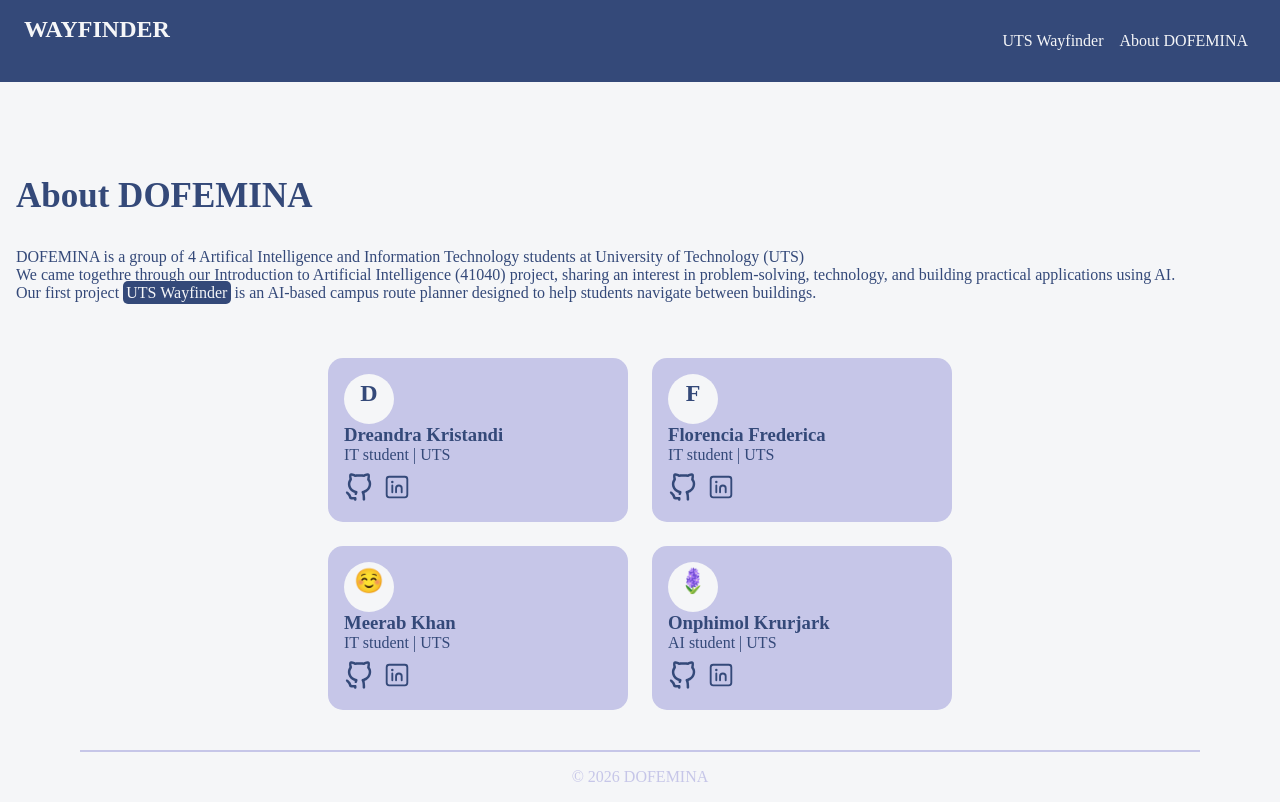
Repository: Meerab-K/uts-wayfinder
Page: html/about.html
An editor plug-in stored every save of this project. The page is shown before and after the next save, followed by the edit.
The browser window is 1280 px wide. The pictures show the whole page.
Some web fonts or font styles are not loaded; a fallback is used.

Above is the page before, as saved 2026-10-19 21:16:34.

### html/about.html
<!DOCTYPE html>
<html lang="en">
<head>
    <meta charset="UTF-8">
    <meta name="viewport" content="width=device-width, initial-scale=1.0">
    <title>About DOFEMINA - UTS Wayfinder</title>

    <link rel="stylesheet" href="../css/common.css">
    <link rel="stylesheet" href="../css/about.css">
    <link rel="stylesheet" href="../css/responsive.css">

    <!-- Google Fonts -->
    <link rel="preconnect" href="https://fonts.googleapis.com">
    <link rel="preconnect" href="https://fonts.gstatic.com" crossorigin>
    <link href="https://fonts.googleapis.com/css2?family=Maname&display=swap" rel="stylesheet">

</head>
<body>
    <header>
        <nav class="navbar">
            <h1>WAYFINDER</h1>
            <ul>
                <li><a href="index.html">UTS Wayfinder</a></li>
                <li><a href="about.html">About DOFEMINA</a></li>
            </ul>
        </nav>
    </header>

    <main>
        <h2>About DOFEMINA</h2>
        <div class="content-box">
        <p>DOFEMINA is a group of 4 Artifical Intelligence and Information Technology students at University of Technology (UTS)</p>
        <p>We came togethre through our Introduction to Artificial Intelligence (41040) project, sharing an interest in problem-solving, technology, and building practical applications using AI.</p>
        <p>Our first project <span class="highlight">UTS Wayfinder</span> is an AI-based campus route planner designed to help students navigate between buildings.</p>
        </div>
        <div class="team-contact">
            <div class="card-holder">
                <div class="profile"><span>D</span></div>
                <h3 class="name">Dreandra Kristandi</h3>
                <div class="bio">IT student | UTS</div>
                <div class="contact-link">
                    <a href=""><span class="github-icon"></span></a>
                    <a href=""><span class="linkedin-icon"></span></a>
                </div>
            </div>
            <div class="card-holder">
                <div class="profile"><span>F</span></div>
                <h3 class="name">Florencia Frederica</h3>
                <div class="bio">IT student | UTS</div>
                <div class="contact-link">
                    <a href=""><span class="github-icon"></span></a>
                    <a href=""><span class="linkedin-icon"></span></a>
                </div>
            </div>
            <div class="card-holder">
                <div class="profile"><span>☺️</span></div>
                <h3 class="name">Meerab Khan</h3>
                <div class="bio">IT student | UTS</div>
                <div class="contact-link">
                    <a href=""><span class="github-icon"></span></a>
                    <a href=""><span class="linkedin-icon"></span></a>
                </div>
            </div>
            <div class="card-holder">
                <div class="profile"><span>🪻</span></div>
                <h3 class="name">Onphimol Krurjark</h3>
                <div class="bio">AI student | UTS</div>
                <div class="contact-link">
                    <a href=""><span class="github-icon"></span></a>
                    <a href=""><span class="linkedin-icon"></span></a>
                </div>
            </div>
        </div>
    </main>

    <footer>
        <p>&copy; 2026 DOFEMINA </p>
    </footer>
</body>
</html>

### css/common.css
:root {
    /*Background*/
    --background-color: #f5f6f8;
    --primary-color: #344979;
    --secondary-color: #9896BB;

    /*Highlight*/
    --highlight-purple: #c6c6e8;
    --highlight-pink: #f7e5eb;

    /*Font*/
    --font: "Maname", serif;
}

* {
    margin: 0;
    padding: 0;
    font-family: var(--font);
}

body {
    background-color: var(--background-color);
    color: var(--primary-color);
    margin: 0;
    padding: 0;
}

main {
    margin-top: 2rem;
}

footer {
    text-align: center;
    margin: 0 5rem;
    padding: 1rem;
    border-top: 2px solid var(--highlight-purple);
    color: var(--highlight-purple);
}

h2 {
    color: var(--primary-color);
    padding: 1rem;
    font-size: 35px;
}

.navbar {
    background-color: var(--primary-color);
    padding: 1rem;
    margin: 0;
    position: fixed;
    top: 0;
    z-index: 100;
    width: 100%;
    display: flex;
    justify-content: space-between;
    box-sizing: border-box;
}

.navbar h1 {
    color: var(--background-color);
    padding: 0 0 0 0.5rem;
}

.navbar ul {
    list-style-type: none;
    display: flex;
    gap: 1rem;
    margin: 1rem;
}

.navbar a {
    text-decoration: none;
    color: var(--background-color);
}

.navbar a:hover {
    color: var(--highlight-purple);
}

.floating-menu-btn {
    position: fixed;
    bottom: 1rem;
    right: 1rem;
    width: 50px;
    height: 50px;
    background-color: var(--primary-color);
    border-radius: 50%;
    display: flex;
    justify-content: center;
    align-items: center;
    cursor: pointer;
    z-index: 1000;
}

.floating-menu-btn span{
    background-color: var(--background-color);
    width: 30px;
    height: 3px;
}

main {
    margin-top: 10rem;
}

### css/about.css
.highlight {
    background-color: var(--primary-color);
    color: var(--background-color);
    border-radius: 5px;
    padding: 0.2rem;
}

.content-box {
    padding: 1rem;
}

.team-contact {
    display: grid;
    grid-template-columns: repeat(2, 300px);
    justify-content: center;
    gap: 24px;
    margin: 40px auto;
}

.card-holder {
    background-color: var(--highlight-purple);
    border-radius: 15px;
    padding: 1rem;
    width: 100%;
    box-sizing: border-box;
}

.profile {
    display: flex;
    align-items: center;
    justify-content: center;

    height: 50px;
    width: 50px;
    border-radius: 50%;
    background-color: var(--background-color);

    font-size: 1.5rem;
    font-weight: bold;
    line-height: 1;
    padding: 0;
    box-sizing: border-box;
}

.profile span {
    display: block;
    transform: translate(0, -6px);
    color: var(--primary-color)
}

.contact-link {
    display: inline-flex;
    gap: 0.5rem;
    margin-top: 0.5rem;
    width: 30px;
    height: auto;
}

.github-icon {
    display: inline-block;
    width: 30px;
    height: 30px;

    background-color: var(--primary-color);
    mask: url("../svg/github.svg") center / contain no-repeat;
}

.github-icon:hover {
    background-color: var(--highlight-pink);
}

.linkedin-icon {
    display: inline-block;
    width: 30px;
    height: 30px;

    background-color: var(--primary-color);
    mask: url("../svg/linkedin.svg") center / contain no-repeat;
}

.linkedin-icon:hover {
    background-color: var(--highlight-pink);
}

### css/responsive.css
@media (max-width: 1000px) {
    /*index.html*/
    #map_section {
        display: block;
    }

    #map_section img {
        width: 100%;
        margin: 0;
    }

    #map_section div h2 {
        text-align: center;
    }

    #map_section div table {
        width: 100%;
    }
}

@media (max-width: 800px) {
    main {
        margin-top: 10rem;
    }

    .navbar {
        text-align: center;
        display: block;
    }

    .navbar ul {
        justify-content: center;
        margin-top: 1.5rem;
        padding: 0.5rem;
        border-top: 1px solid var(--secondary-color);
    }

    /*index.html*/
    form select {
        width: 60%;
    }

    /*about.html*/
}

### svg/github.svg
<?xml version="1.0" encoding="utf-8"?><!-- Uploaded to: SVG Repo, www.svgrepo.com, Generator: SVG Repo
Mixer Tools -->
<svg width="800px" height="800px" viewBox="0 0 24 24" fill="none" xmlns="http://www.w3.org/2000/svg">
    <path
        d="M4.0744 2.9938C4.13263 1.96371 4.37869 1.51577 5.08432 1.15606C5.84357 0.768899 7.04106 0.949072 8.45014 1.66261C9.05706 1.97009 9.11886 1.97635 10.1825 1.83998C11.5963 1.65865 13.4164 1.65929 14.7213 1.84164C15.7081 1.97954 15.7729 1.97265 16.3813 1.66453C18.3814 0.651679 19.9605 0.71795 20.5323 1.8387C20.8177 2.39812 20.8707 3.84971 20.6494 5.04695C20.5267 5.71069 20.5397 5.79356 20.8353 6.22912C22.915 9.29385 21.4165 14.2616 17.8528 16.1155C17.5801 16.2574 17.3503 16.3452 17.163 16.4167C16.5879 16.6363 16.4133 16.703 16.6247 17.7138C16.7265 18.2 16.8491 19.4088 16.8973 20.4002C16.9844 22.1922 16.9831 22.2047 16.6688 22.5703C16.241 23.0676 15.6244 23.076 15.2066 22.5902C14.9341 22.2734 14.9075 22.1238 14.9075 20.9015C14.9075 19.0952 14.7095 17.8946 14.2417 16.8658C13.6854 15.6415 14.0978 15.185 15.37 14.9114C17.1383 14.531 18.5194 13.4397 19.2892 11.8146C20.0211 10.2698 20.1314 8.13501 18.8082 6.83668C18.4319 6.3895 18.4057 5.98446 18.6744 4.76309C18.7748 4.3066 18.859 3.71768 18.8615 3.45425C18.8653 3.03823 18.8274 2.97541 18.5719 2.97541C18.4102 2.97541 17.7924 3.21062 17.1992 3.49805L16.2524 3.95695C16.1663 3.99866 16.07 4.0147 15.975 4.0038C13.5675 3.72746 11.2799 3.72319 8.86062 4.00488C8.76526 4.01598 8.66853 3.99994 8.58215 3.95802L7.63585 3.49882C7.04259 3.21087 6.42482 2.97541 6.26317 2.97541C5.88941 2.97541 5.88379 3.25135 6.22447 4.89078C6.43258 5.89203 6.57262 6.11513 5.97101 6.91572C5.06925 8.11576 4.844 9.60592 5.32757 11.1716C5.93704 13.1446 7.4295 14.4775 9.52773 14.9222C10.7926 15.1903 11.1232 15.5401 10.6402 16.9905C10.26 18.1319 10.0196 18.4261 9.46707 18.4261C8.72365 18.4261 8.25796 17.7821 8.51424 17.1082C8.62712 16.8112 8.59354 16.7795 7.89711 16.5255C5.77117 15.7504 4.14514 14.0131 3.40172 11.7223C2.82711 9.95184 3.07994 7.64739 4.00175 6.25453C4.31561 5.78028 4.32047 5.74006 4.174 4.83217C4.09113 4.31822 4.04631 3.49103 4.0744 2.9938Z"
        fill="currentColor" />
    <path
        d="M3.33203 15.9454C3.02568 15.4859 2.40481 15.3617 1.94528 15.6681C1.48576 15.9744 1.36158 16.5953 1.66793 17.0548C1.8941 17.3941 2.16467 17.6728 2.39444 17.9025C2.4368 17.9449 2.47796 17.9858 2.51815 18.0257C2.71062 18.2169 2.88056 18.3857 3.05124 18.5861C3.42875 19.0292 3.80536 19.626 4.0194 20.6962C4.11474 21.1729 4.45739 21.4297 4.64725 21.5419C4.85315 21.6635 5.07812 21.7352 5.26325 21.7819C5.64196 21.8774 6.10169 21.927 6.53799 21.9559C7.01695 21.9877 7.53592 21.998 7.99999 22.0008C8.00033 22.5527 8.44791 23.0001 8.99998 23.0001C9.55227 23.0001 9.99998 22.5524 9.99998 22.0001V21.0001C9.99998 20.4478 9.55227 20.0001 8.99998 20.0001C8.90571 20.0001 8.80372 20.0004 8.69569 20.0008C8.10883 20.0026 7.34388 20.0049 6.67018 19.9603C6.34531 19.9388 6.07825 19.9083 5.88241 19.871C5.58083 18.6871 5.09362 17.8994 4.57373 17.2891C4.34391 17.0194 4.10593 16.7834 3.91236 16.5914C3.87612 16.5555 3.84144 16.5211 3.80865 16.4883C3.5853 16.265 3.4392 16.1062 3.33203 15.9454Z"
        fill="currentColor" />
</svg>

### svg/linkedin.svg
<?xml version="1.0" encoding="utf-8"?><!-- Uploaded to: SVG Repo, www.svgrepo.com, Generator: SVG Repo
Mixer Tools -->
<svg width="800px" height="800px" viewBox="0 0 192 192" xmlns="http://www.w3.org/2000/svg"
    fill="none">
    <rect width="132" height="132" x="30" y="30" stroke="currentColor" stroke-width="12" rx="16" />
    <path stroke="currentColor" stroke-linecap="round" stroke-linejoin="round" stroke-width="12"
        d="M66 86v44" />
    <circle cx="66" cy="64" r="8" fill="currentColor" />
    <path stroke="currentColor" stroke-linecap="round" stroke-width="12"
        d="M126 130v-26c0-9.941-8.059-18-18-18v0c-9.941 0-18 8.059-18 18v26" />
</svg>

After the next save:
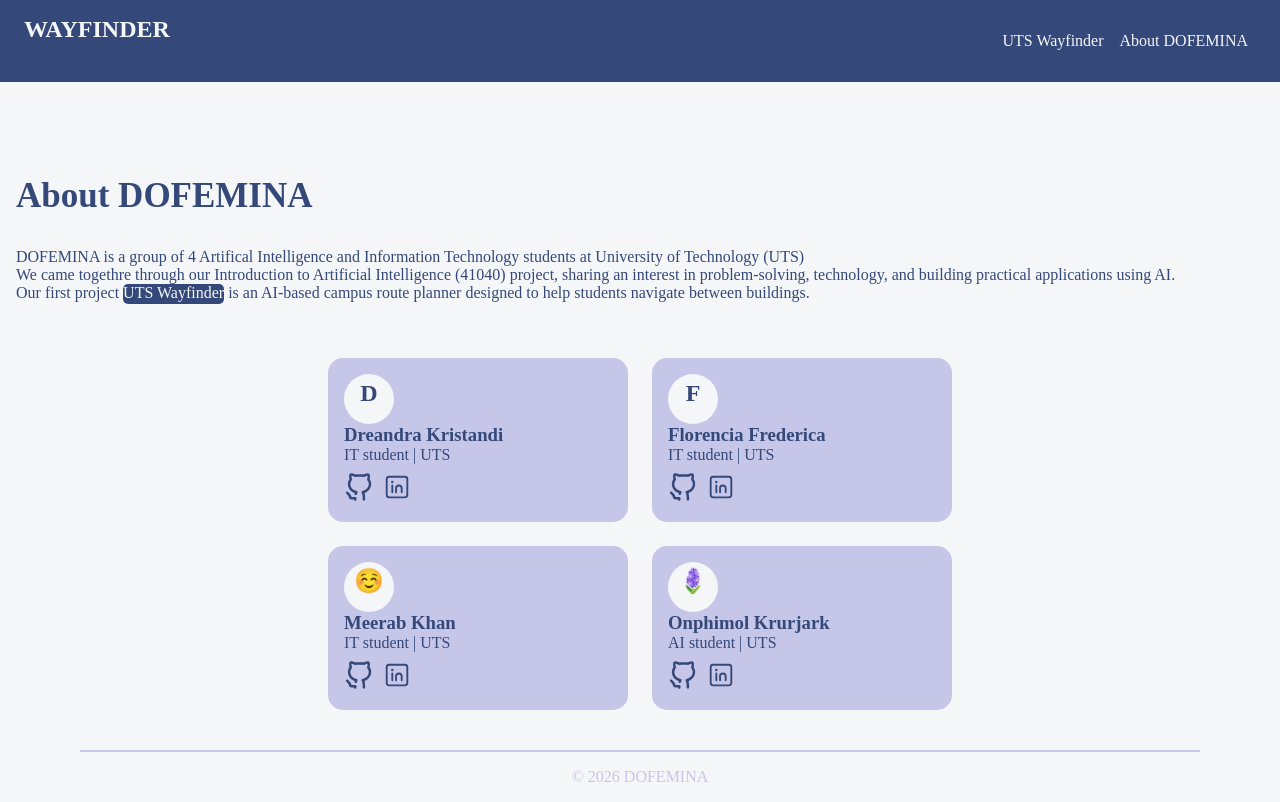
Saved 18 s later.
--- a/css/about.css
+++ b/css/about.css
@@ -2,7 +2,7 @@
     background-color: var(--primary-color);
     color: var(--background-color);
     border-radius: 5px;
-    padding: 0.2rem;
+    padding-bottom: 0.2rem;
 }
 
 .content-box {
